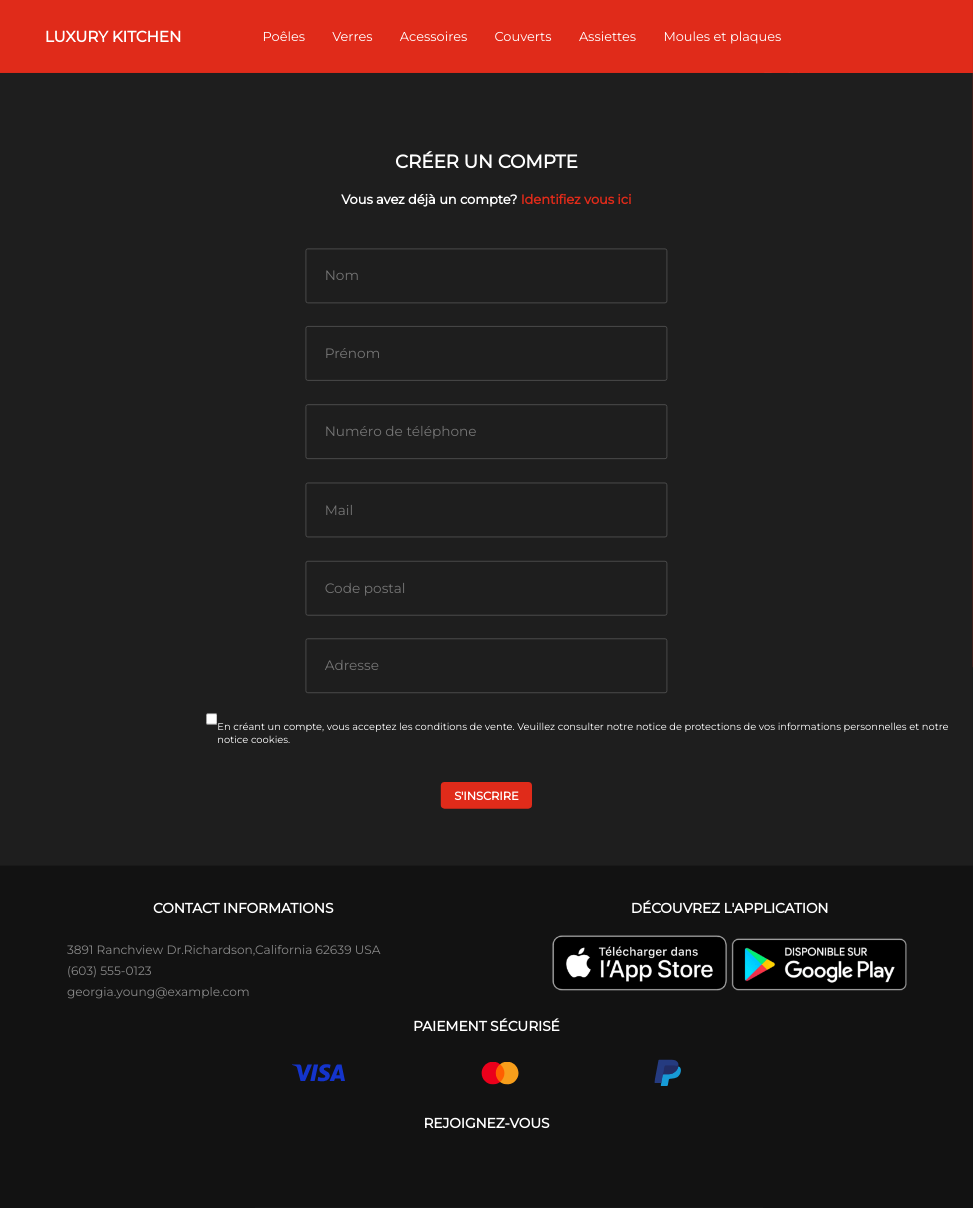
Repository: Juannpl/Luxury-Kicthen
Page: html/inscription.html
The author's editor kept a copy of each file at every save. The page is drawn from the files as they stood at one save, then again after the next save.
The browser window is 1280 px wide. The pictures show the whole page, at 76% of full size.
Some icons come from a web library that is not loaded, so they are not drawn.

Above is the page before, as saved 2023-02-17 09:53:18.
Not found: script.jsrt

After the next save:
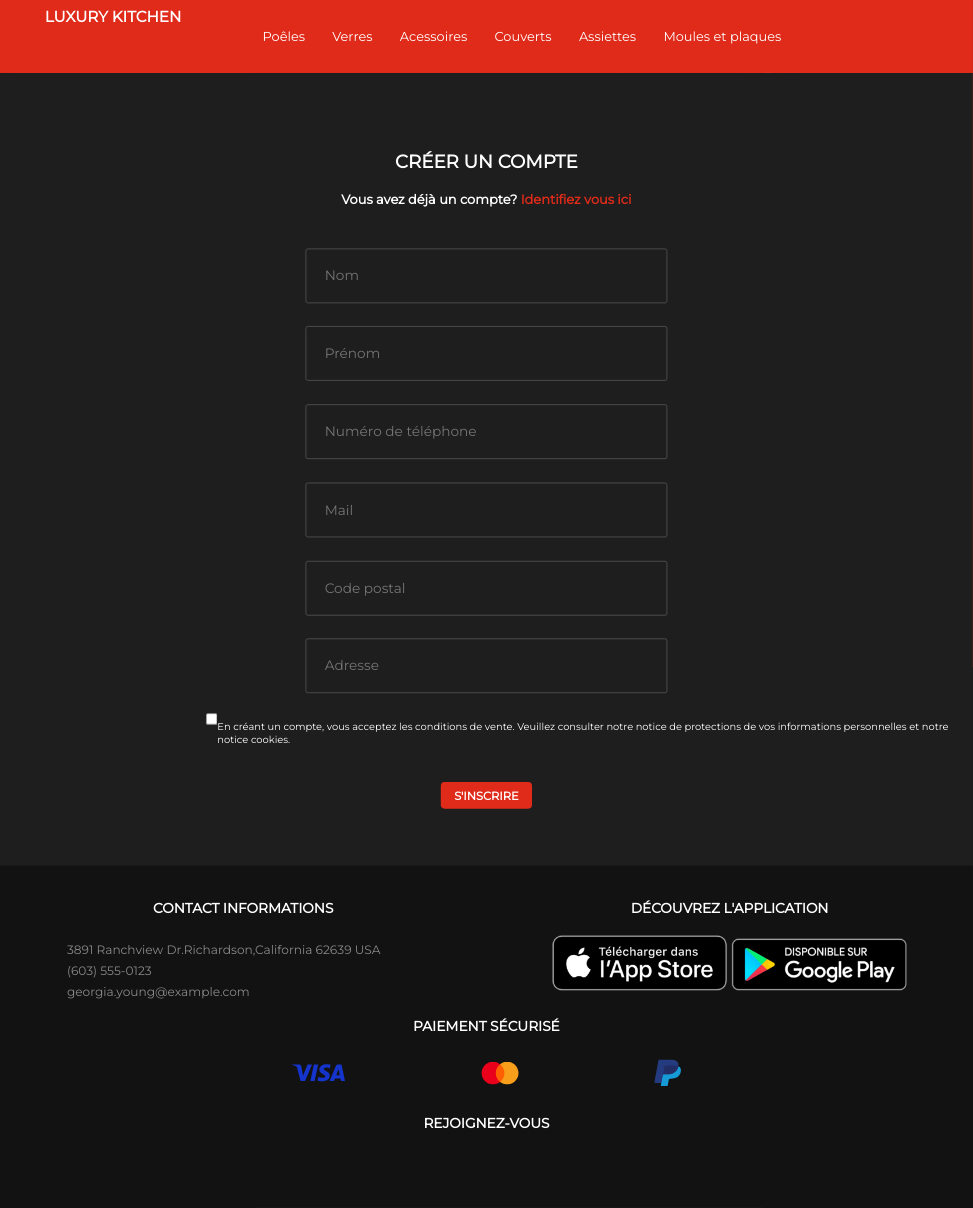
Saved 27 s later.
--- a/html/inscription.html
+++ b/html/inscription.html
@@ -14,18 +14,20 @@
 
 <body>
     <header class="header">
+        <!-- DEBUT DE NAV DESKTOP -->
         <nav class="nav_container row">
             <div class="logo">
                 <p>LUXURY KITCHEN</p>
+                <box-icon name='chevron-left' type='solid' color='#ffffff' size="lg"></box-icon>
             </div>
             <div class="barre_categorie">
                 <ul class="row">
-                    <li><a href="#">Poêles</a></li>
-                    <li><a href="#">Verres</a></li>
-                    <li><a href="#">Acessoires</a></li>
-                    <li><a href="#">Couverts</a></li>
-                    <li><a href="#">Assiettes</a></li>
-                    <li><a href="#">Moules et plaques</a></li>
+                    <li><a href="poêle.html">Poêles</a></li>
+                    <li><a href="verres.html">Verres</a></li>
+                    <li><a href="acessoire.html">Acessoires</a></li>
+                    <li><a href="couvert.html">Couverts</a></li>
+                    <li><a href="assiette.html">Assiettes</a></li>
+                    <li><a href="moule.html">Moules et plaques</a></li>
                 </ul>
             </div>
             <div class="nav_list">
@@ -44,6 +46,8 @@
                 </ul>
             </div>
         </nav>
+        <!-- FIN DE NAV DESKTOP -->
+        <!-- COMMENCEMENT DE LA BARRE DE NAVIGATION MOBILE -->
         <div id="transparent"></div>
         <section id="barre_categorie_mobile">
             <div id="closeBtn">
@@ -52,12 +56,12 @@
             <div class="nav_contents row">
                 <div>
                     <ul class="row">
-                        <li><a href="#">Poêles</a></li>
-                        <li><a href="#">Verres</a></li>
-                        <li><a href="#">Acessoires</a></li>
-                        <li><a href="#">Couverts</a></li>
-                        <li><a href="#">Assiettes</a></li>
-                        <li><a href="#">Moules et plaques</a></li>
+                        <li><a href="poêle.html">Poêles</a></li>
+                        <li><a href="verres.html">Verres</a></li>
+                        <li><a href="acessoire.html">Acessoires</a></li>
+                        <li><a href="couvert.html">Couverts</a></li>
+                        <li><a href="assiette.html">Assiettes</a></li>
+                        <li><a href="moule.html">Moules et plaques</a></li>
                     </ul>
                 </div>
                 <div>
@@ -98,7 +102,7 @@
                 </div>
             </div>
         </section>
-        <!-- FIN DDE LA BARRE DE NAVIGATION MOBILE-->
+        <!-- FIN DE LA BARRE DE NAVIGATION MOBILE -->
     </header>
     <main>
         <div class="create-account-container">
